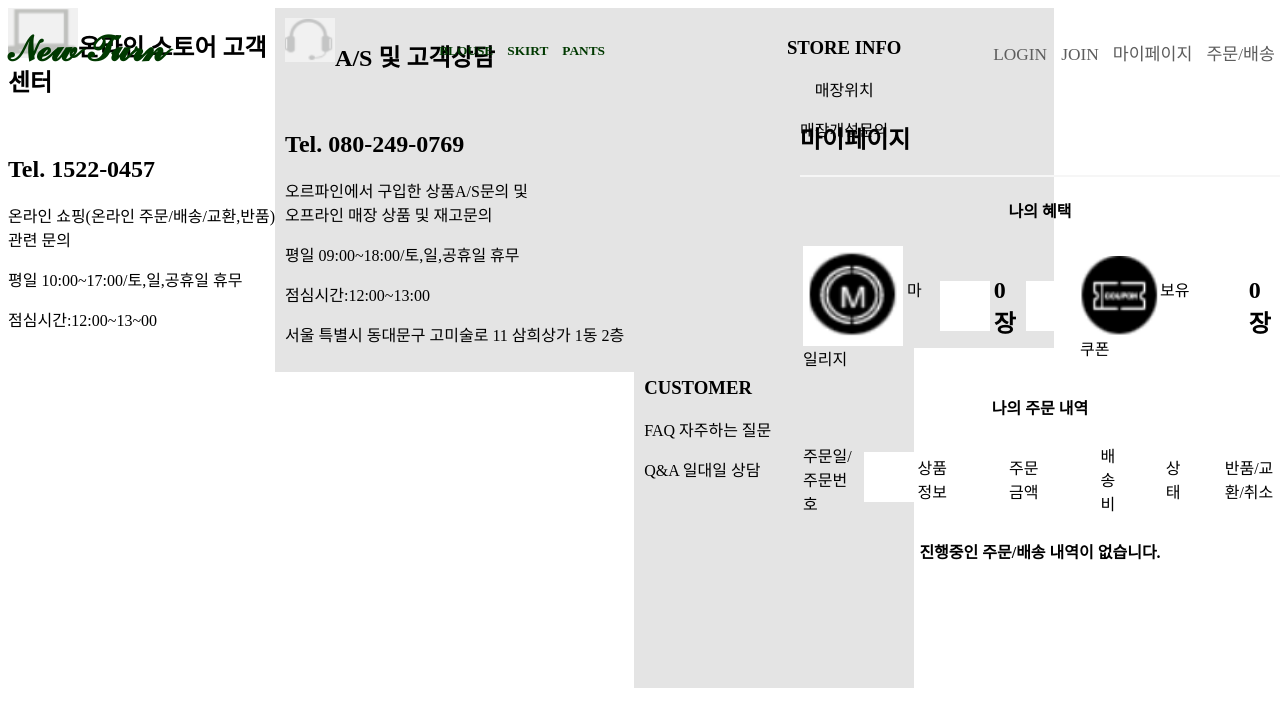
Repository: won0108/Port-Folio
Page: Creating_Homepage/Shopping/WebContent/마이페이지.html
The author's editor kept a copy of each file at every save. The page is drawn from the files as they stood at one save, then again after the next save.
The browser window is 1280 px wide. The pictures show the whole page.

Above is the page before, as saved 2020-12-03 08:24:25.

### Creating_Homepage/Shopping/WebContent/마이페이지.html
<!DOCTYPE html>
<html>
<head>  <!--웹페이지에 대한 정보를 제공한다.-->
<title> New Turn </title>   <!--탭에 New Turn을 나타낸다.-->
<style>
 @font-face{
 		font-family:"My Font";
 		src: url("fontstyle/ENCOSCPT.TTF");
 	}
 	h1{
   	color:#003900;
   	position:fixed;
   	top: 0px;
   	left:10px;
   	font-family:"My Font", serif;
   	font-size: 30pt;
   }
   #infor{
   position:fixed;
   top:40px; right:0px;
   }
   #infor a{
   text-decoration:none;
   color:#5D5D5D;
   font-size:13pt;
   display: inline;
   padding :5px;
   }
   #infor a:hover{
   tex-decoration:underline;
   color: black;
   text-weight:bold;
   }
   #categ{
   position:fixed;
   top:25px; right:670px;
   }
   #categ ul li{
   display: inline;
   }
   #categ ul li a{
   text-decoration:none;
   color:#003900;
   font-size:10pt;
   font-weight:bold;
   text-transform:uppercase;
   padding :5px;
   }
   #categ ul li a:hover{
   tex-decoration:underline; color: black;
   }
</style>
</head>
<body>
 <form>
 <h1> New Turn </h1>
 <div id="infor">
  <a href="로그인.html">LOGIN</a> <!--다른 페이지로 이동한다.-->
  <a href="회원가입 창.html">JOIN</a>
  <a href="마이페이지.html">마이페이지</a>
  <a href="">주문/배송</a></div>
 <div id="categ">
		<ul>
			<li><a href="top.html">BLOUSE</a></li>
			<li><a href="skirt.html">SKIRT</a></li>
			<li><a href="pants.html">PANTS</a></li>
		</ul>
	</div>
<div style="position: absolute; top: 100px; left: 800px;">
	<h2>마이페이지</h2>
	<hr color="#F6F6F6">
	<h4 align="center">나의 혜택</h4>
	<table align="center">
	<tr><td><img src="마일.png" width="100" height="100" align="middle">
	마일리지</td><td><img src="공백.png" width="50" height="50"></td>
	<td><h2>0장</h2></td><td><img src="공백.png" width="50" height="50"></td>
	<td><img src="보유쿠폰.png" width="80" height="80" align="middle">보유쿠폰</td>
	<td><img src="공백.png" width="50" height="50"></td>
	<td><h2>0장</h2></td>
	</tr></table>
	<h4 align="center">나의 주문 내역</h4>
	<table align="center">
	<tr><td> 주문일/주문번호</td>
	<td><img src="공백.png" width="50" height="50"></td>
	<td>상품정보</td>
	<td><img src="공백.png" width="50" height="50"></td><td>주문금액</td>
	<td><img src="공백.png" width="50" height="50"></td><td>배송비</td>
	<td><img src="공백.png" width="30" height="50"></td><td>상태</td>
	<td><img src="공백.png" width="30" height="50"></td><td>반품/교환/취소</td></tr></table>
	<h4 align="center">진행중인 주문/배송 내역이 없습니다.</h4>
</div>

<div id=footer style="float:left;">
<img src="노트북.png" width="70px" height="50px" style="float:left;">
<h2>온라인 스토어 고객센터</h2><br>
<h2><em5>Tel</em5>. 1522-0457</h2>
<p>온라인 쇼핑(온라인 주문/배송/교환,반품)<br> 관련 문의</p>
<p>평일 10:00~17:00/토,일,공휴일 휴무</p><p>점심시간:12:00~13~00</p>
<p>&nbsp</p></div>
<div style="background-color:#E4E4E4; float:left; padding:10px;">
<img src="헤드폰.png" width="50px; height="50px" style="float:left;">
<h2>A/S 및 고객상담</h2><br>
<h2><em5>Tel</em5>. 080-249-0769</h2>
<p>오르파인에서 구입한 상품A/S문의 및<br>오프라인 매장 상품 및 재고문의</p>
<p>평일 09:00~18:00/토,일,공휴일 휴무</p>
<p>점심시간:12:00~13:00</p>
<p>서울 특별시 동대문구 고미술로 11 삼희상가 1동 2층</p>
</div>
<div style="background-color:#E4E4E4; width:400px; height:320px; float:left; text-align:center; padding:10px;">
<h3>STORE INFO</h3>
<p>매장위치</p>
<p>매장개설문의</p>
</div>
<div style="background-color:#E4E4E4; width:260px; height:320px; float:left; padding:10px;">
<h3>CUSTOMER</h3>
<p>FAQ 자주하는 질문</p>
<p>Q&A 일대일 상담</p></div>
</html>

After the next save:
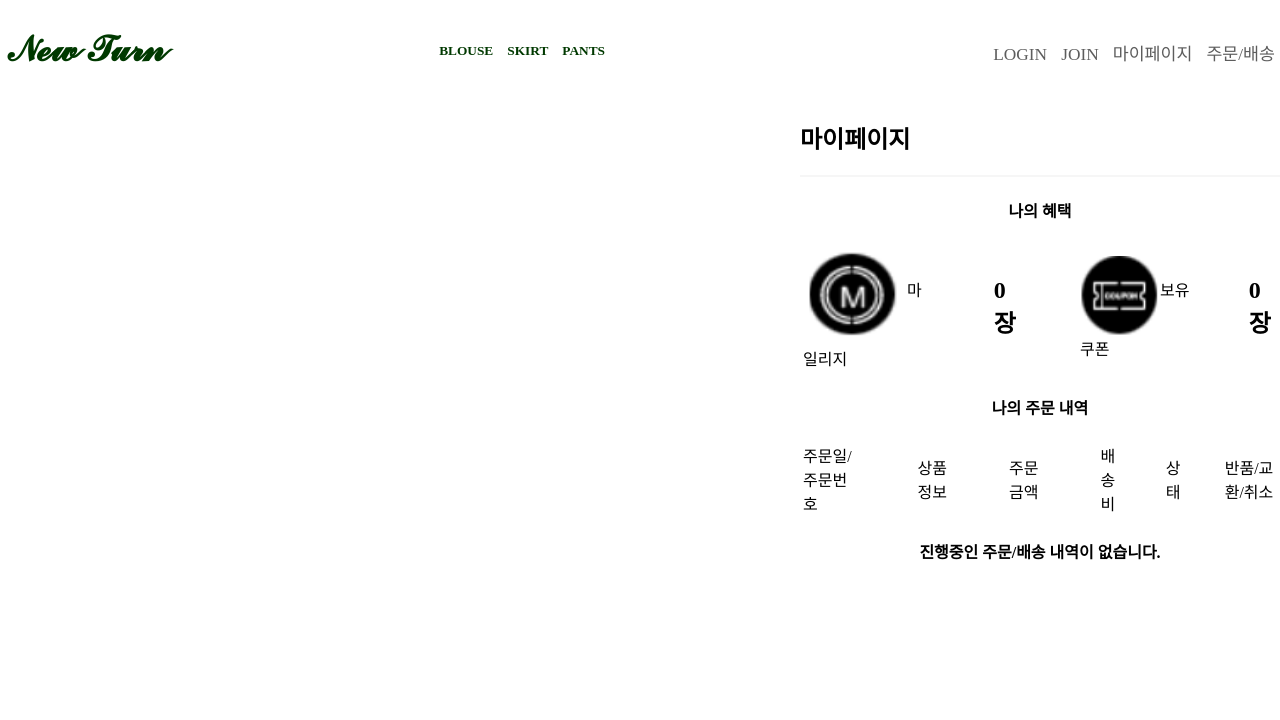
Saved 27 s later.
--- a/Creating_Homepage/Shopping/WebContent/마이페이지.html
+++ b/Creating_Homepage/Shopping/WebContent/마이페이지.html
@@ -90,29 +90,5 @@
 	<h4 align="center">진행중인 주문/배송 내역이 없습니다.</h4>
 </div>
 
-<div id=footer style="float:left;">
-<img src="노트북.png" width="70px" height="50px" style="float:left;">
-<h2>온라인 스토어 고객센터</h2><br>
-<h2><em5>Tel</em5>. 1522-0457</h2>
-<p>온라인 쇼핑(온라인 주문/배송/교환,반품)<br> 관련 문의</p>
-<p>평일 10:00~17:00/토,일,공휴일 휴무</p><p>점심시간:12:00~13~00</p>
-<p>&nbsp</p></div>
-<div style="background-color:#E4E4E4; float:left; padding:10px;">
-<img src="헤드폰.png" width="50px; height="50px" style="float:left;">
-<h2>A/S 및 고객상담</h2><br>
-<h2><em5>Tel</em5>. 080-249-0769</h2>
-<p>오르파인에서 구입한 상품A/S문의 및<br>오프라인 매장 상품 및 재고문의</p>
-<p>평일 09:00~18:00/토,일,공휴일 휴무</p>
-<p>점심시간:12:00~13:00</p>
-<p>서울 특별시 동대문구 고미술로 11 삼희상가 1동 2층</p>
-</div>
-<div style="background-color:#E4E4E4; width:400px; height:320px; float:left; text-align:center; padding:10px;">
-<h3>STORE INFO</h3>
-<p>매장위치</p>
-<p>매장개설문의</p>
-</div>
-<div style="background-color:#E4E4E4; width:260px; height:320px; float:left; padding:10px;">
-<h3>CUSTOMER</h3>
-<p>FAQ 자주하는 질문</p>
-<p>Q&A 일대일 상담</p></div>
+
 </html>
